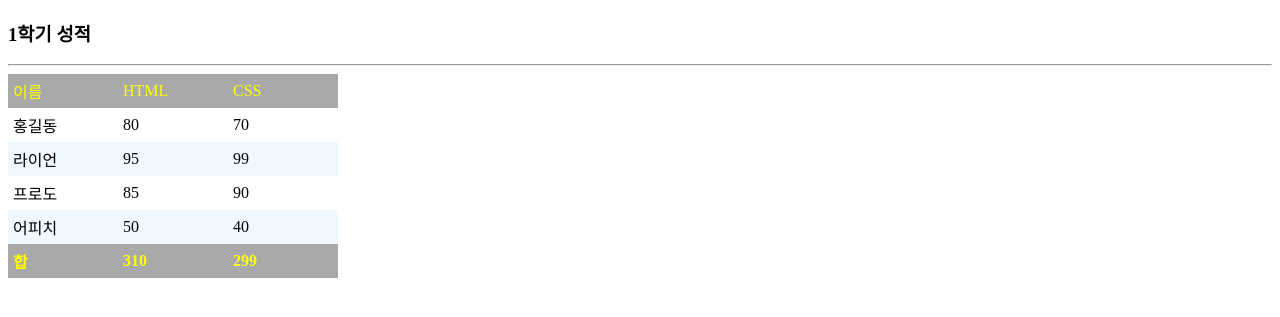
Repository: Gmajorlist/HTML
Page: css/src/main/webapp/06_cssDecorate/exam2.html
These files come from the project's save history. The page is drawn as it stood at one moment and after the next save; the edit follows.
The browser window is 1280 px wide. The pictures show the whole page.
The pointer rests on the first visible `tbody tr`.

Above is the page before, as saved 2023-03-16 03:19:20.

### css/src/main/webapp/06_cssDecorate/exam2.html
<!DOCTYPE html>
<html>
<head>
<meta charset="UTF-8">
<title>Insert title here</title>
<style type="text/css">
table{
	border-collapse: collapse; /*  이중 테두리 저거*/
}
td, th{
	text-align: left;
	padding: 5px;
	width: 100px;
	height:15px;
}
thead, tfoot{
	background: darkgray;
	color: yellow;
}
tbody tr:nth-child(even){ /* 1번부터 시작 (자바는 0번부터) , even=짝수 */
	background: aliceblue;
}
</style>
</head>
<body>
<h3>1학기 성적</h3>
<hr>
<table>
	<thead>
		<tr>
			<td>이름</td>
			<td>HTML</td>
			<td>CSS</td>
		</tr>
	</thead>
	<tbody>
		<tr>
			<td>홍길동</td><td>80</td><td>70</td>
		</tr>
		<tr>
			<td>라이언</td><td>95</td><td>99</td>
		</tr>
		<tr>
			<td>프로도</td><td>85</td><td>90</td>
		</tr>
		<tr>
			<td>어피치</td><td>50</td><td>40</td>
		</tr>
	</tbody>
	<tfoot>
		<tr>
			<th>합</th><th>310</th><th>299</th>
		</tr>
		</tfoot>
</table>
</body>
</html>

After the next save:
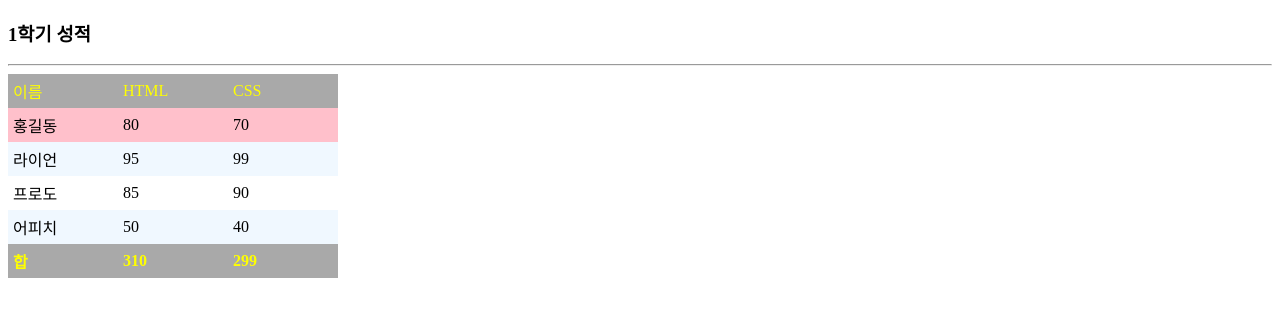
Saved 55 s later.
--- a/css/src/main/webapp/06_cssDecorate/exam2.html
+++ b/css/src/main/webapp/06_cssDecorate/exam2.html
@@ -19,6 +19,9 @@
 }
 tbody tr:nth-child(even){ /* 1번부터 시작 (자바는 0번부터) , even=짝수 */
 	background: aliceblue;
+}
+tbody tr:hover{
+	background: pink;
 }
 </style>
 </head>
